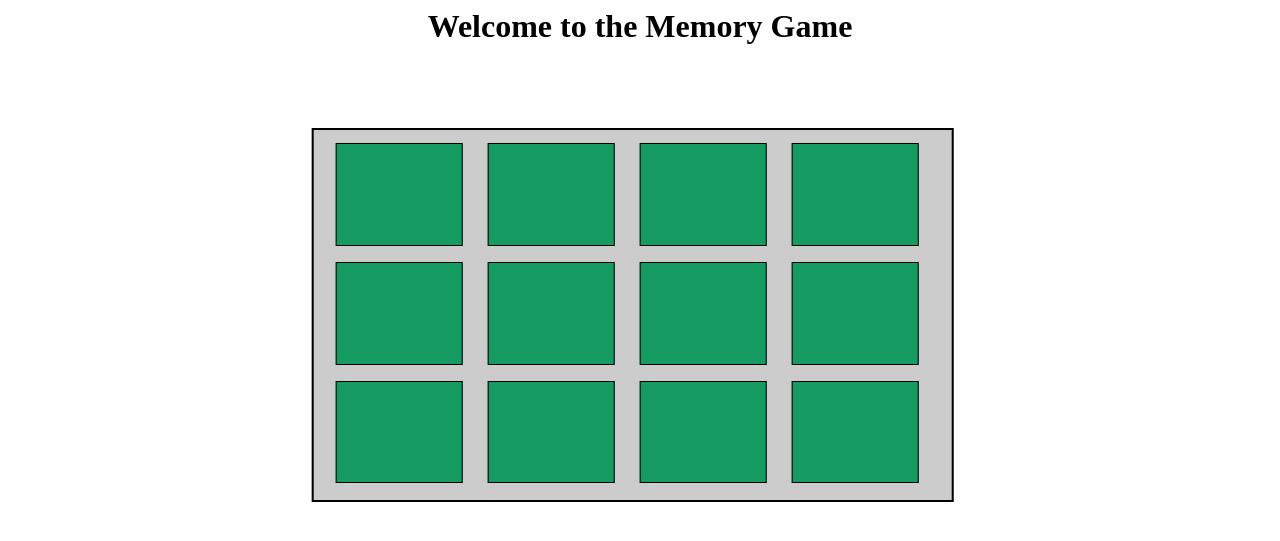
Repository: Code-Institute-Submissions/InteractiveMilestoneProject
Page: index.html
The author's editor kept a record of every edit. The page is drawn from the files as they stood at one moment, then again after the next edit.
The browser window is 1280 px wide. The pictures show the whole page.

Above is the page before.

After the next edit:
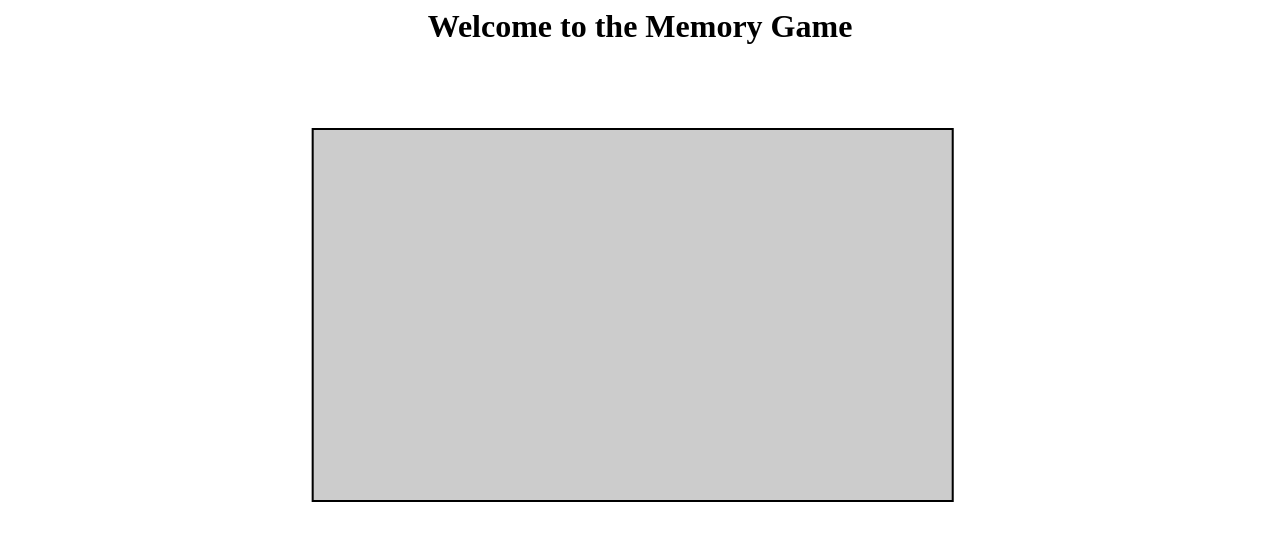
The edit:
--- a/js/script.js
+++ b/js/script.js
@@ -1,11 +1,8 @@
-
-        var arrayMemoria = ["1", "1", "2", "2", "3", "3", "4", "4", "5", "5", "6", "6"];
+var arrayMemoria = ["1", "1", "2", "2", "3", "3", "4", "4", "5", "5", "6", "6"];
 
         var valor_memoria = [];
         var memoria_carta_ids = [];
         var virada_carta = 0;
-
-
 
 
 
@@ -21,6 +18,7 @@
                 this[i] = valorTemporal;
             };
         };
+
         // Funcion para crear un nuevo tablero
         function nuevaTabla() {
             var output = "";
@@ -62,22 +60,17 @@
                         if (virada_carta === arrayMemoria.length) {
                             // XXXXXXXX      AQUI TENGO QUE PARAR EL RELOJ     XXXXXXXX
 
-                            setTimeout(function() {
+
                                 alert("GANASTE !!!  ... Creando un nuevo tablero");
-                                clearInterval(timer);
+
                                 document.getElementById('table_memoria').innerHTML = "";
-                                seg = 25;
-                                $("#borde").show();
-                                $("#cronometro").html("25");
-                                $("#cronometro").removeClass("yellow");
-                                $("#cronometro").removeClass("red");
-                                $("#cronometro").addClass("green");
+
                                 valor_memoria = [];
                                 memoria_carta_ids = [];
                                 virada_carta = 0;
                                 nuevaTabla();
 
-                            }, 100);
+
 
 
 
@@ -100,5 +93,3 @@
                 }
             }
         }
-
-nuevaTabla();

After the edit that followed:
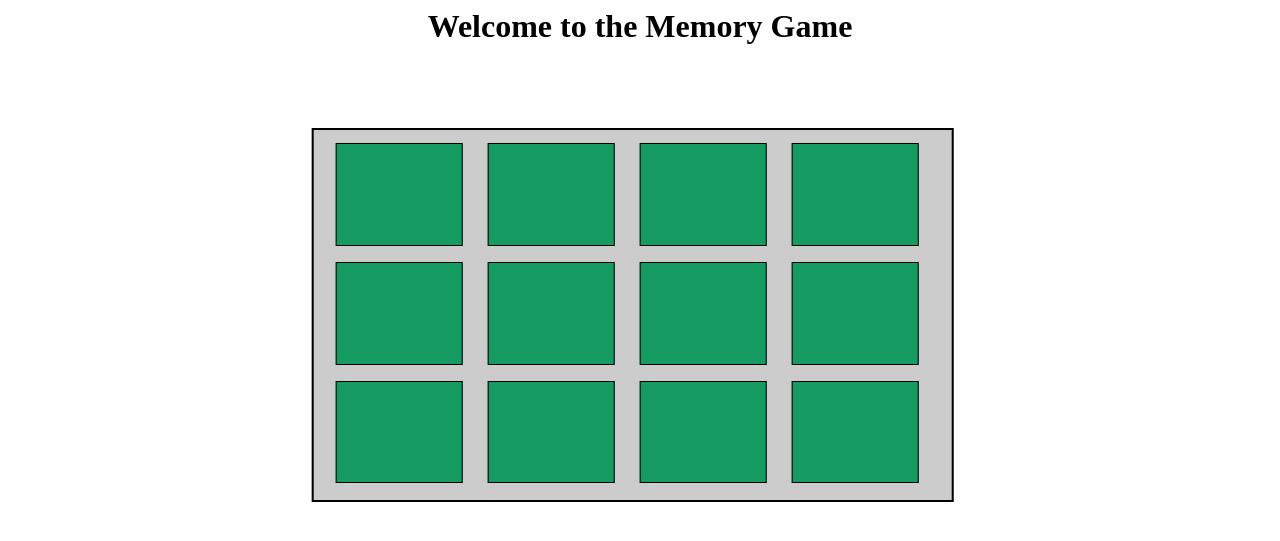
The edit:
--- a/js/script.js
+++ b/js/script.js
@@ -93,3 +93,5 @@
                 }
             }
         }
+
+        nuevaTabla();
